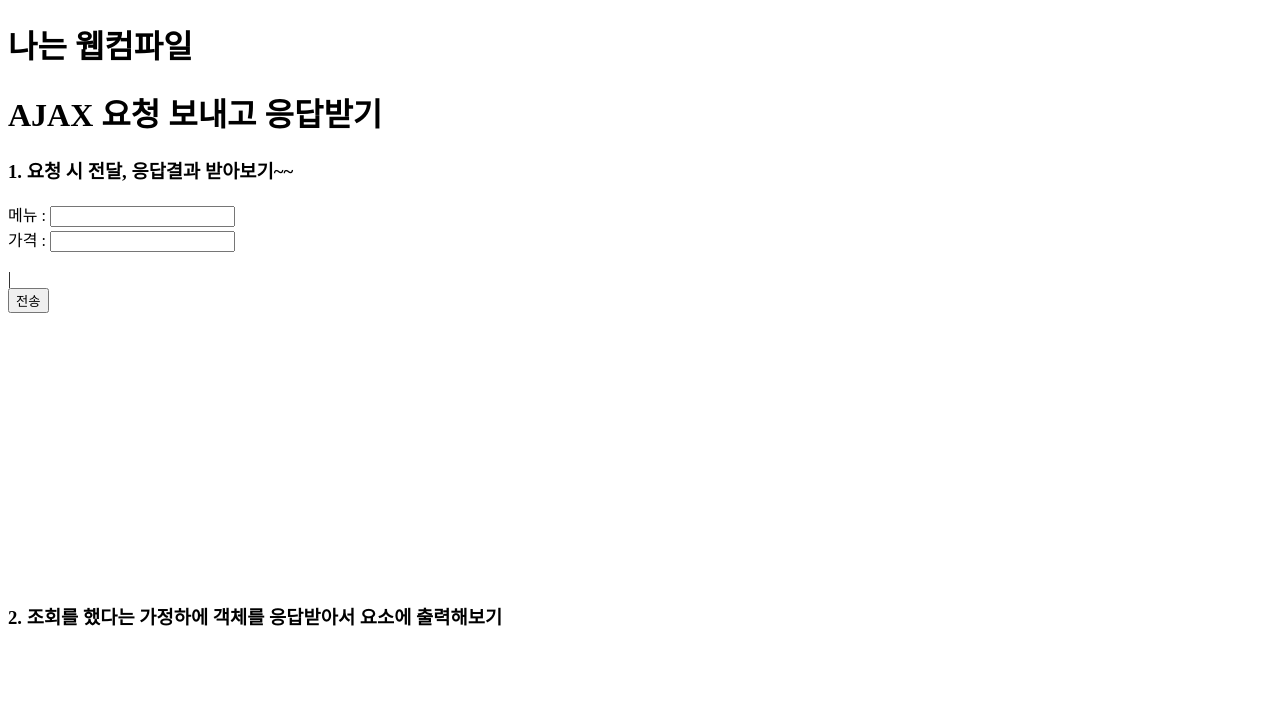
Repository: LeeSeongWook1/semi_Spring
Page: http://localhost/ajaxProject/
The author's editor kept a copy of each file at every save. The page is drawn from the files as they stood at one save, then again after the next save.
The browser window is 1280 px wide. The pictures show the whole page.
The page is served by Tomcat 9. Nobody is signed in. The application's start-up code is not run.

Above is the page before, as saved 2024-04-22 07:26:50.

After the next save:
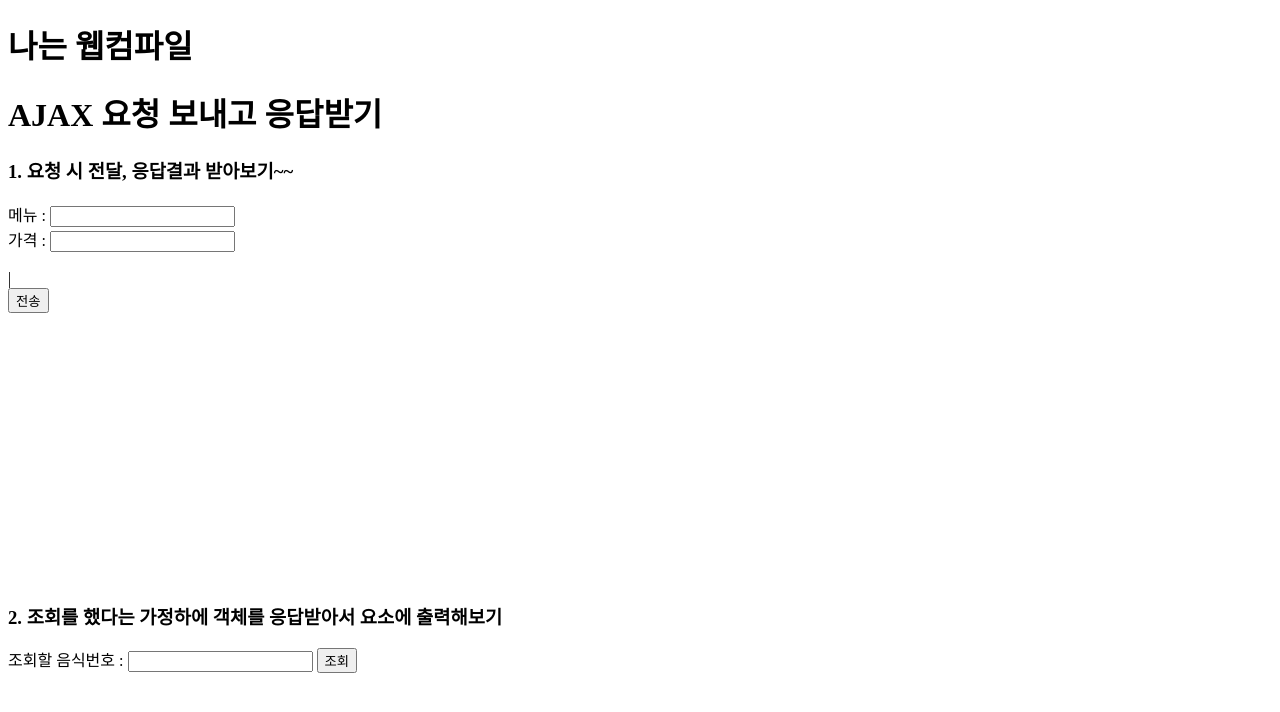
Saved 2 min 28 s later.
--- a/ajaxProject/src/main/webapp/index.jsp
+++ b/ajaxProject/src/main/webapp/index.jsp
@@ -52,5 +52,25 @@
 <br><br><br><br><br><br><br><br><br><br><br><br><br><br><br><br>
 
 <h3>2. 조회를 했다는 가정하에 객체를 응답받아서 요소에 출력해보기</h3>
+
+조회할 음식번호 : <input type="number" id="menuNo"/>
+
+<button id="btn2">조회</button><br>
+<div id="result2">
+</div>
+
+<script>
+	$(function(){
+		$('#btn2').click(function(){
+			$.ajax({
+				url : 'ajax2.do',
+				data : {num : $('#menuNo').val()},
+				success : function(result){
+					console.log(result);
+				}
+			});
+		});
+	})
+</script>
 </body>
 </html>
